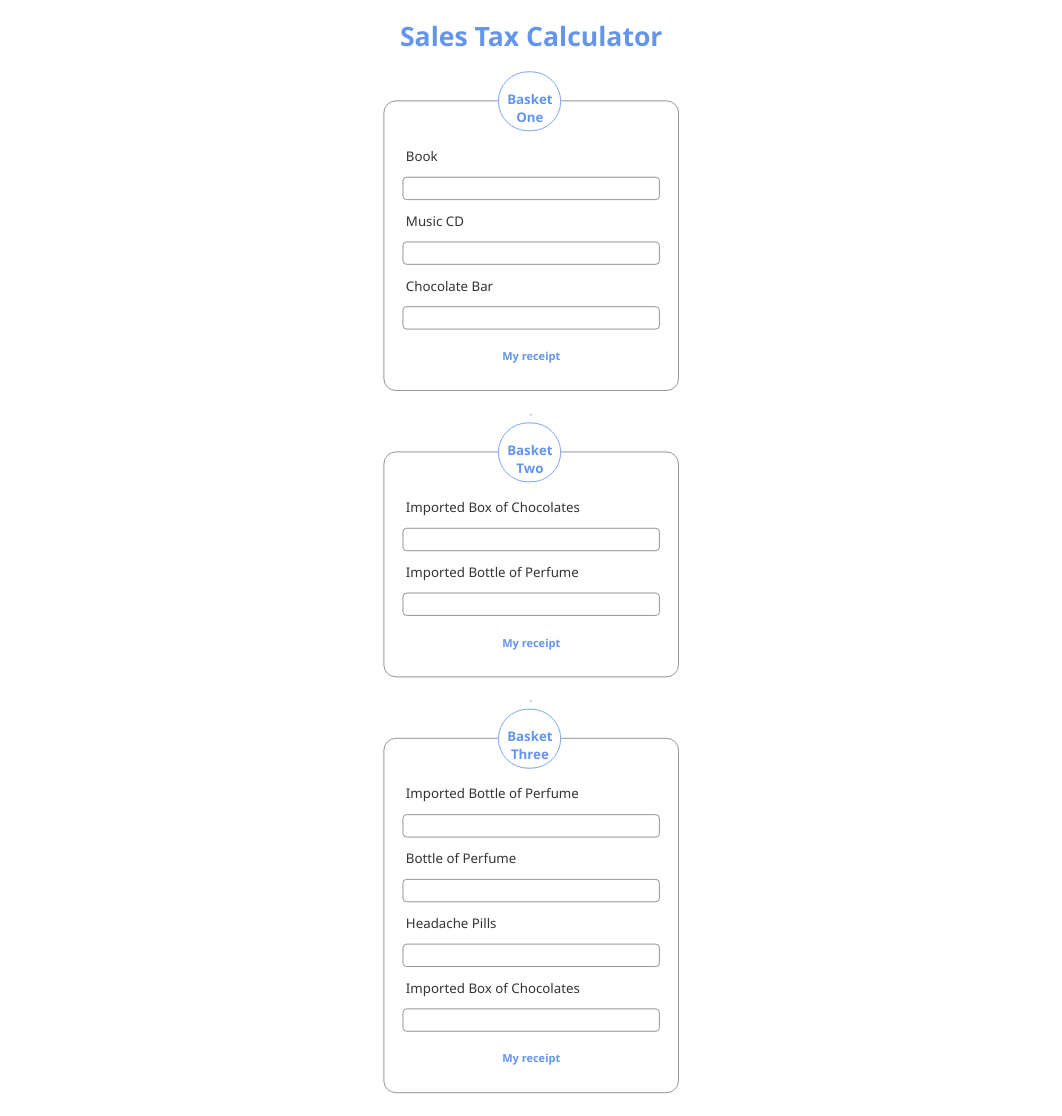
Repository: duzzisantos/sales-tax
Page: index.html
The author's editor kept a copy of each file at every save. The page is drawn from the files as they stood at one save, then again after the next save.
The browser window is 1280 px wide. The pictures show the whole page, at 83% of full size.

Above is the page before, as saved 2022-05-25 22:40:44.

### index.html
<!DOCTYPE html>
<html lang="en">

<head>
    <meta charset="UTF-8">
    <meta http-equiv="X-UA-Compatible" content="IE=edge">
    <meta name="viewport" content="width=device-width, initial-scale=1.0">
    <link href="style.css" rel="stylesheet">
    <title>Sales Tax Calculator</title>
</head>

<body>
    <h1>Sales Tax Calculator</h1>
    <section id="container">
        <fieldset>
            <legend>
                <h4>Basket One</h4>
            </legend>
            <form class="formOne">
                <label for="book">Book</label>
                <input id="book" type="number" name="book" onchange="basketOne()" />
                <label for="musicCD">Music CD</label>
                <input id="musicCD" type="number" name="musicCD" onchange="basketOne()" />
                <label for="chocolateBar">Chocolate Bar</label>
                <input id="chocolateBar" type="number" name="chocolateBar" onchange="basketOne()" />
            </form>
            <h5>My receipt</h5>
            <span id="listOne">

                </>
        </fieldset>
        <hr>

        <fieldset>
            <legend>
                <h4>Basket Two</h4>
            </legend>

            <label for="imported-box-chocolate">Imported Box of Chocolates</label>
            <input id="imported-box-chocolate" type="number" name="imported-box-chocolate" onchange="basketTwo()" />
            <label for="imported-perfume">Imported Bottle of Perfume</label>
            <input id="imported-perfume" type="number" name="imported-perfume" onchange="basketTwo()" />

            <h5>My receipt</h5>
            <span id="listTwo">

            </span>
        </fieldset>
        <hr>

        <fieldset>
            <legend>
                <h4>Basket Three</h4>
            </legend>

            <label for="imported-perfume2">Imported Bottle of Perfume</label>
            <input id="imported-perfume2" type="number" name="imported-perfume2" onchange="basketThree()" />
            <label for="bottle-perfume">Bottle of Perfume</label>
            <input id="bottle-perfume" type="number" name="bottle-perfume" onchange="basketThree()" />
            <label for="pills">Headache Pills</label>
            <input id="pills" type="number" name="pills" onchange="basketThree()" />
            <label for="imported-box-chocolate2">Imported Box of Chocolates</label>
            <input id="imported-box-chocolate2" type="number" name="imported-box-chocolate2" onchange="basketThree()" />

            <h5>My receipt</h5>
            <span id="listThree">

            </span>
        </fieldset>
    </section>
</body>
<script src="first.js"></script>
<script src="second.js"></script>
<script src="third.js"></script>
<script src="index.js"></script>

</html>

### style.css
*{
    color: rgb(0,0,0,0.8);
    font-family: 'Segoe UI', Tahoma, Geneva, Verdana, sans-serif;
}

#container{
    display: flex;
    flex-direction: column;
    align-items: center;
    justify-content: center;
    bottom: 0;
}

fieldset{
    height: fit-content;
    width: 20%;
    border: 1px solid grey;
    border-radius: 15px;
    margin-bottom: 20px;
}

legend{
    height: 70px;
    width: 70px;
    border: 1px solid cornflowerblue;
    border-radius: 50px;
    margin-left: 38%;
}

legend h4, h5, h1{
    text-align: center;
    color: cornflowerblue;
}
label, input{
    display: block;
    margin: 10px;
    padding: 4px;
}

input{
    width: 300px;
    border-radius: 5px;
    border: 1px solid grey;
}

span{
    text-align: center;
}

### first.js
//Variables for tax rate
let taxFree = 0;
let basicTax = 10;
let importDuty = 5;

//imported basic taxable items attract an extra non-negotiable tax rate of 5%, therefore 10% + 5% = 15%
let basicPlusImportDuty = basicTax + importDuty;

//An app that computes the first basket of goods
const basketOne = () => {
  let book = document.getElementById("book").value;
  let musicCD = document.getElementById("musicCD").value;
  let chocolateBar = document.getElementById("chocolateBar").value;

  // The plus sign is used in front of every variable to indicate to JavaScript that they are numerical values
  // Without this, they would become concatenated strings

  //these are the sums of the items and their taxes
  let bookPlusTax = +taxFree * +book + +book;
  let musicCDPlusTax = (basicTax * +musicCD) / 100 + +musicCD;
  let chocolateBarPlusTax = +taxFree * +chocolateBar + +chocolateBar;

  //this computes the total price paid by the customer
  let netPayment = +bookPlusTax + +musicCDPlusTax + +chocolateBarPlusTax;
  let roundedPayment = netPayment.toFixed(2);

  //this computes the total sales tax generated
  let totalTaxes =
    bookPlusTax -
    book +
    (musicCDPlusTax - musicCD) +
    (chocolateBarPlusTax - chocolateBar);

  //Math.ceil and toFixed method helps us round up to the nearest 0.05
  let roundedTax = (Math.ceil(totalTaxes * 20) / 20).toFixed(2);

  //Receipt list
  const listOne = document.getElementById("listOne");
  listOne.innerHTML = `<br>1 book: ${bookPlusTax}<br>1 music CD: ${musicCDPlusTax.toFixed(2)}<br>1
  chocolate bar: ${chocolateBarPlusTax}<br>Sales Tax: ${roundedTax}<br><b>Total: ${roundedPayment}</b><br>`;
};

### second.js
//Variables for tax rate
let basicTax2 = 10;
let importDuty2 = 5;

//imported basic taxable items attract an extra non-negotiable tax rate of 5%, therefore 10% + 5% = 15%
let basicPlusImportDuty2 = basicTax2 + importDuty2;

//An app that computes the second basket of goods
const basketTwo = () => {
  let importedChocolate = document.getElementById(
    "imported-box-chocolate"
  ).value;
  let importedPerfume2 = document.getElementById("imported-perfume").value;

  // The plus sign is used in front of every variable to indicate to JavaScript that they are numerical values
  // Without this, they would become concatenated strings

  //these are the sums of the imported items and their taxes
  let importedChocolatePlusTax =
    (importDuty2 * +importedChocolate) / 100 + +importedChocolate;
  let importedPerfume2PlusTax =
    (basicPlusImportDuty2 * +importedPerfume2) / 100 + +importedPerfume2;

  //Math.ceil and toFixed method helps us round up to the nearest 0.05
  //this computes the total price paid by the customer
  let netPayment = +importedChocolatePlusTax + +importedPerfume2PlusTax;
  document.getElementById("total2").value = (
    Math.ceil(netPayment * 20) / 20
  ).toFixed(2);

  //this computes the total sales tax generated
  let totalTaxes =
    (importDuty2 * +importedChocolate) / 100 +
    (basicPlusImportDuty2 * +importedPerfume2) / 100;
  document.getElementById("sales-taxes2").value = (
    Math.ceil(totalTaxes * 20) / 20
  ).toFixed(2);
};

### third.js
//Variables for tax rate
let taxFree3 = 0;
let basicTax3 = 10;
let importDuty3 = 5;
let basicPlusImportDuty3 = basicTax3 + importDuty3;


//App that computes the third basket of goods
const basketThree = () => {
    let importedPerfume2 = document.getElementById("imported-perfume2").value;
    let bottlePerfume = document.getElementById("bottle-perfume").value;
    let pills = document.getElementById("pills").value;
    let importedChocolate2 = document.getElementById("imported-box-chocolate2").value;


    //    // The plus sign is used in front of every variable to indicate to JavaScript that they are numerical values
     // Without this, they would become concatenated strings

    //these are the sums of the imported items and their taxes
    let importedPerfume2PlusTax = (basicPlusImportDuty3 * +importedPerfume2) / 100 + +importedPerfume2;
    let bottlePerfumePlusTax =
      (basicTax3 * +bottlePerfume) / 100 + +bottlePerfume;
    let pillsPlusTax = (taxFree3 * +pills) + +pills;
    let importedChocolate2PlusTax =
      (importDuty3 * +importedChocolate2) / 100 + +importedChocolate2;

    //Math.ceil and toFixed method helps us round up to the nearest 0.05
    //This computes the prices plus their taxes
    let netPayment =
      importedPerfume2PlusTax +
      bottlePerfumePlusTax +
      pillsPlusTax +
      importedChocolate2PlusTax;
    document.getElementById("total3").value = (Math.ceil(netPayment * 20) / 20).toFixed(2);

    //this computes the total taxes generated from selling basket three
    let totalTaxes =
      importedPerfume2PlusTax -
      importedPerfume2 +
      (bottlePerfumePlusTax - bottlePerfume) +
      (pillsPlusTax - pills) +
      (importedChocolate2PlusTax - importedChocolate2);

    document.getElementById("sales-taxes3").value = (
        Math.ceil(totalTaxes * 20) / 20
      ).toFixed(2);
  };

### index.js
//This is responsible for the DOM Manipulation
//This helps the user to display a simple receipt

After the next save:
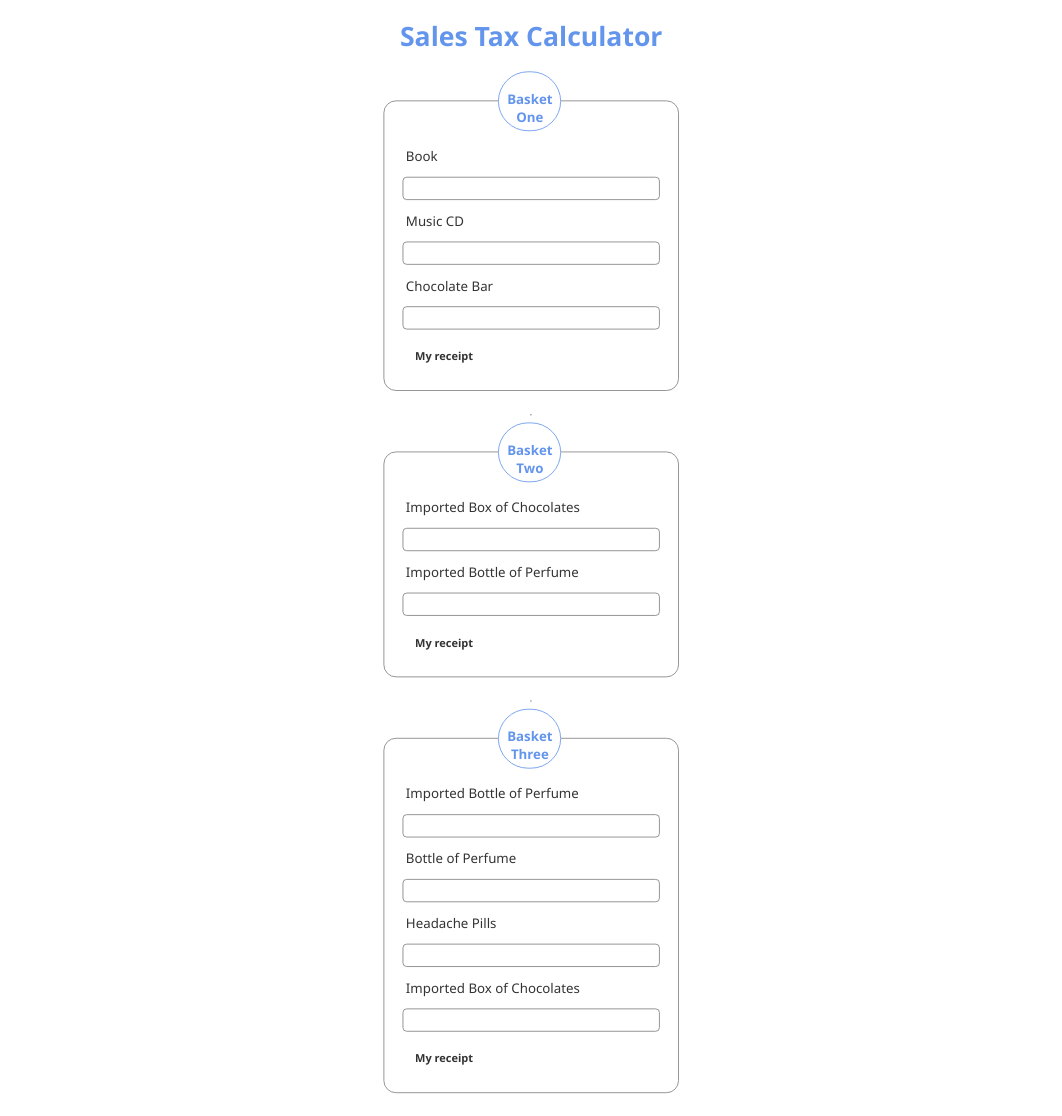
Saved 2 min 18 s later.
--- a/style.css
+++ b/style.css
@@ -27,9 +27,13 @@ legend{
     margin-left: 38%;
 }
 
-legend h4, h5, h1{
+legend h4, h1{
     text-align: center;
     color: cornflowerblue;
+}
+
+h5{
+    margin-left: 25px;
 }
 label, input{
     display: block;
@@ -42,7 +46,3 @@ input{
     border-radius: 5px;
     border: 1px solid grey;
 }
-
-span{
-    text-align: center;
-}
